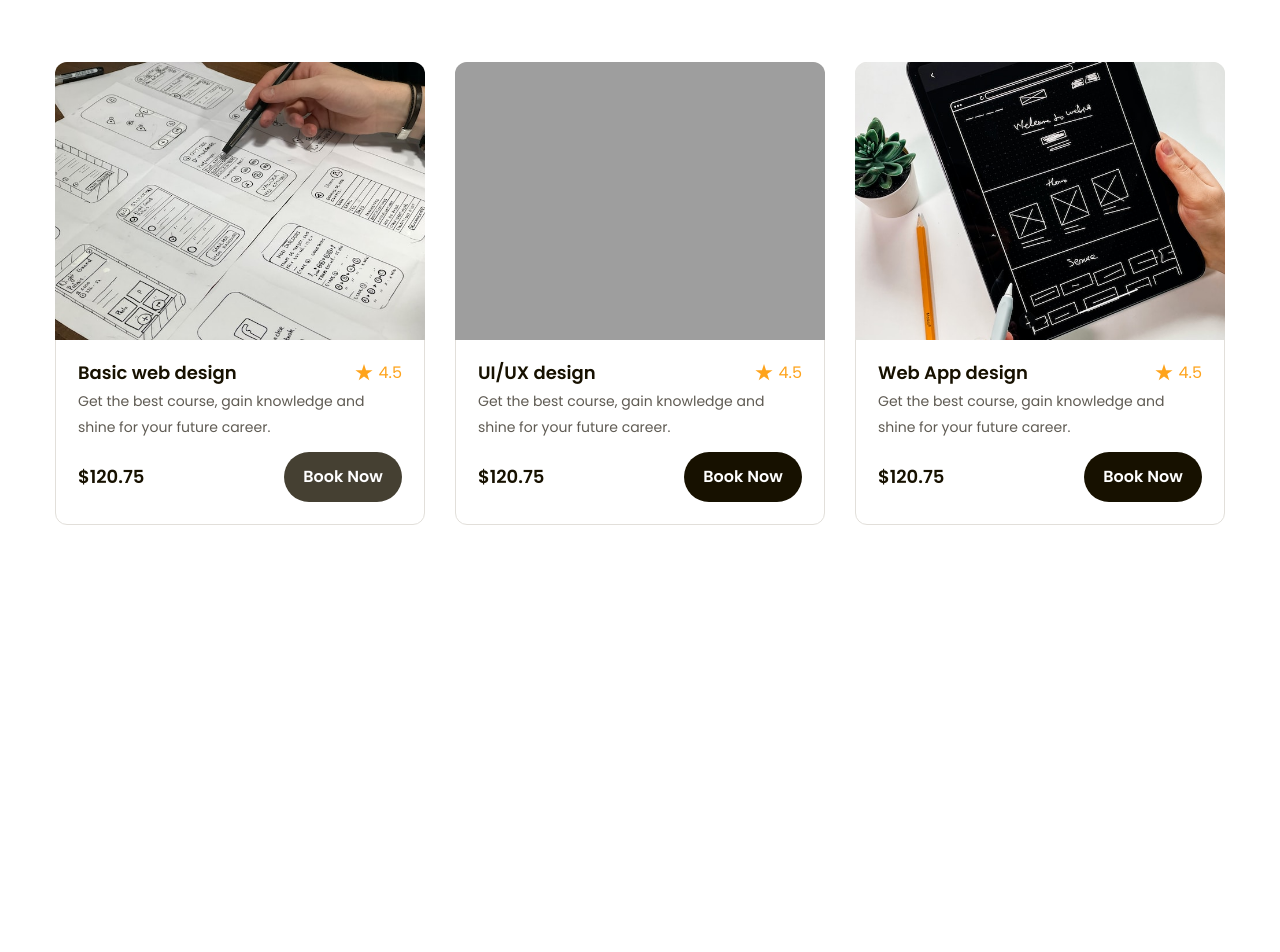
Repository: Tran-Dat/F8-Project-02
Page: index.html
An editor plug-in stored every save of this project. The page is shown before and after the next save, followed by the edit.
The browser window is 1280 px wide. The pictures show the part of the page from y = 1217 to 2169 px (the page is 3000 px tall).
The pointer rests on the first visible `.popular .course-item .book-btn`.
Pictures or frames that could not be fetched are drawn as grey boxes. A picture or video elsewhere on the page could not be fetched, so the positions and the page height are approximate.

Above is the page before, as saved 2023-03-30 18:45:31.

After the next save:
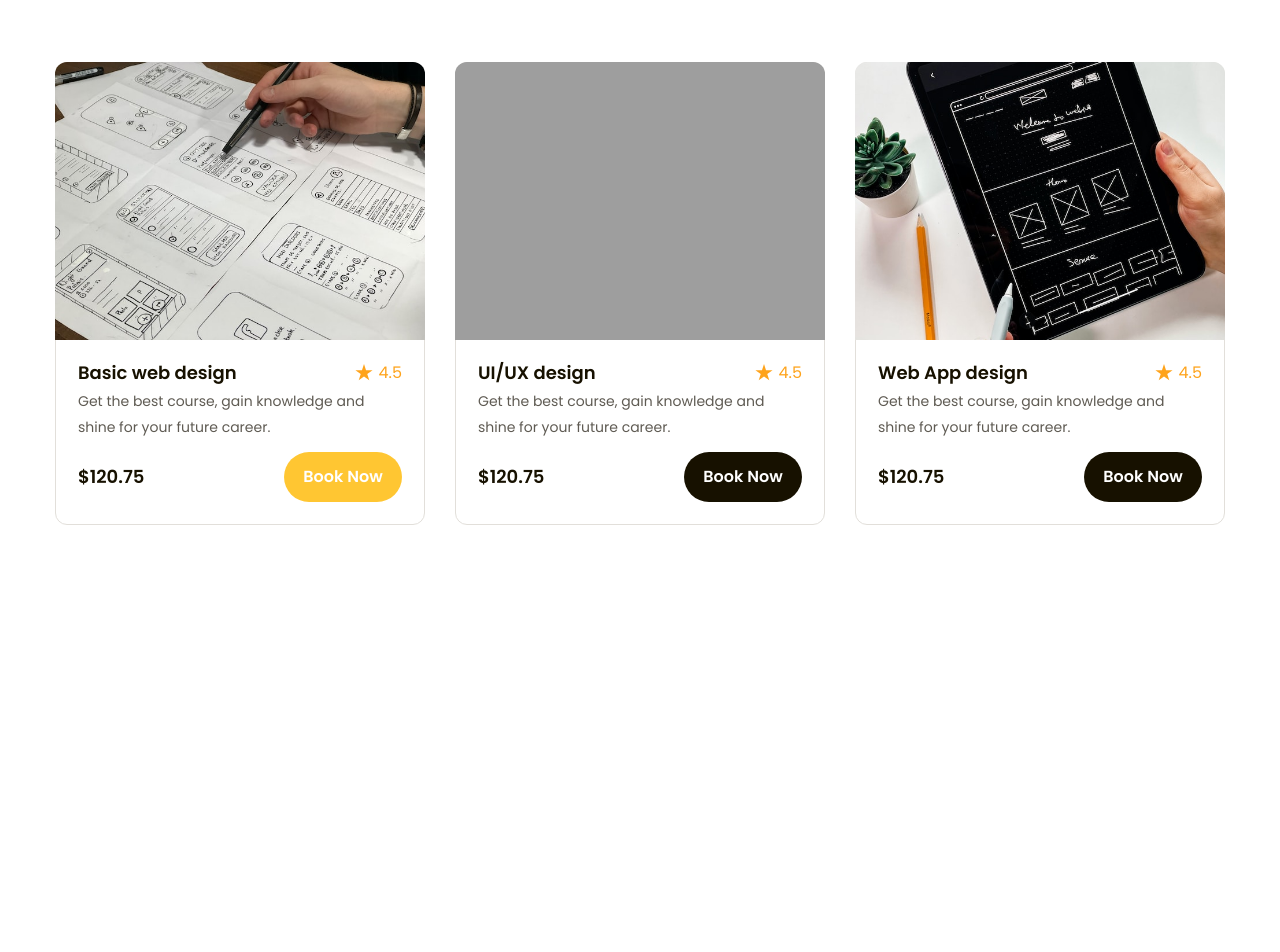
Saved 54 s later.
--- a/assets/css/styles.css
+++ b/assets/css/styles.css
@@ -382,3 +382,8 @@ a {
 .popular .course-item .book-btn {
     border: none;
 }
+
+.popular .course-item .book-btn:hover {
+    color: #fff;
+    background: var(--primary-color);
+}
